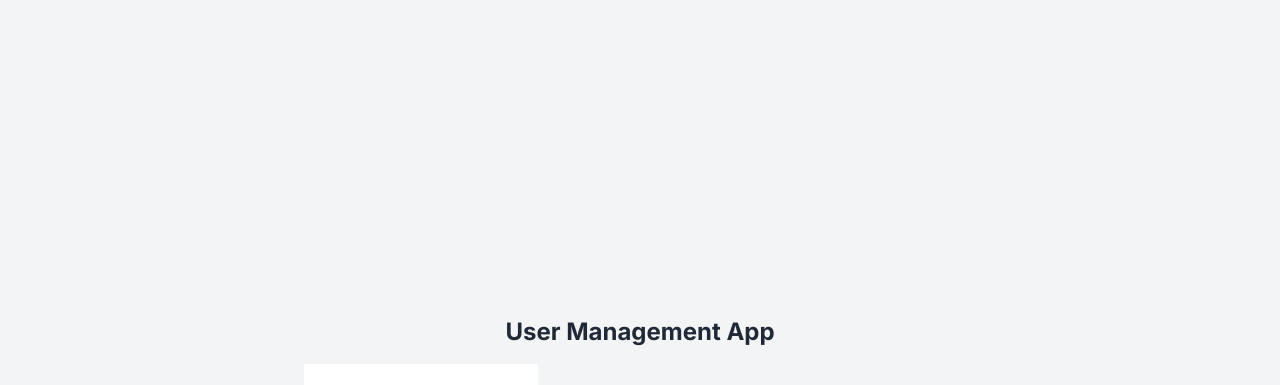
Repository: satoshi-create/next-express
Page: / (app in frontend/)
The author's editor kept a copy of each file at every save. The page is drawn from the files as they stood at one save, then again after a run of saves.
The browser window is 1280 px wide. The pictures show the whole page.
The page's requests for data from a server got no answer. The project was rebuilt for these pictures with package versions that can differ from the ones it lists, and the page was loaded fresh each time. The framework's server and built-in components were replaced by stand-ins that run in the browser. No one was signed in, and anything a server would have sent is missing. Also part of the build but not shown: frontend/next.config.js, frontend/next.config.mjs, frontend/app/ui/CardComponent.tsx.

Above is the page before, as saved 2024-02-12 23:17:34.

After the next 2 saves:
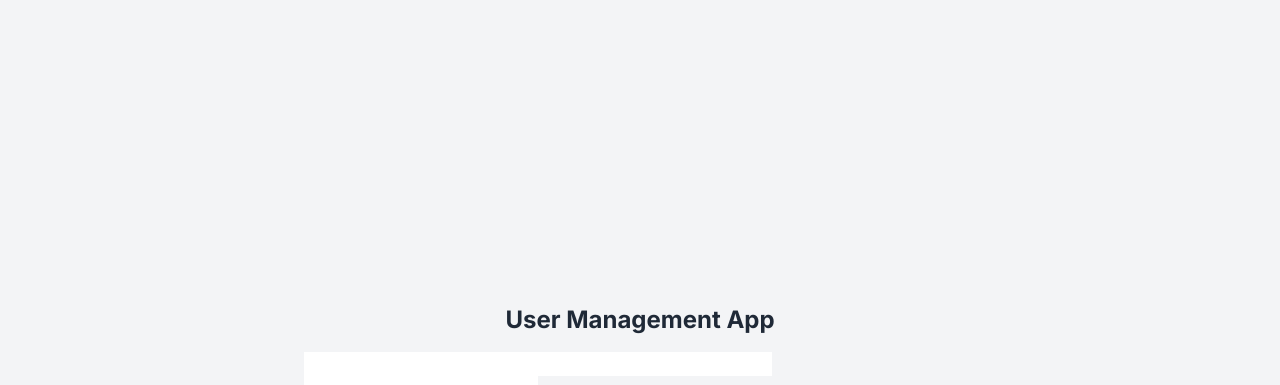
The 2 saves are shown as one change because they came seconds apart.
The last was saved 28 s later.
--- a/frontend/app/page.tsx
+++ b/frontend/app/page.tsx
@@ -81,7 +81,9 @@ const Page = () => {
           </button>
         </form> */}
         <form action="">
-          <input type="text" />
+          <input  />
+          <input  />
+          <input  />
         </form>
         {/* Display users */}
         <div className="space-y-2">
